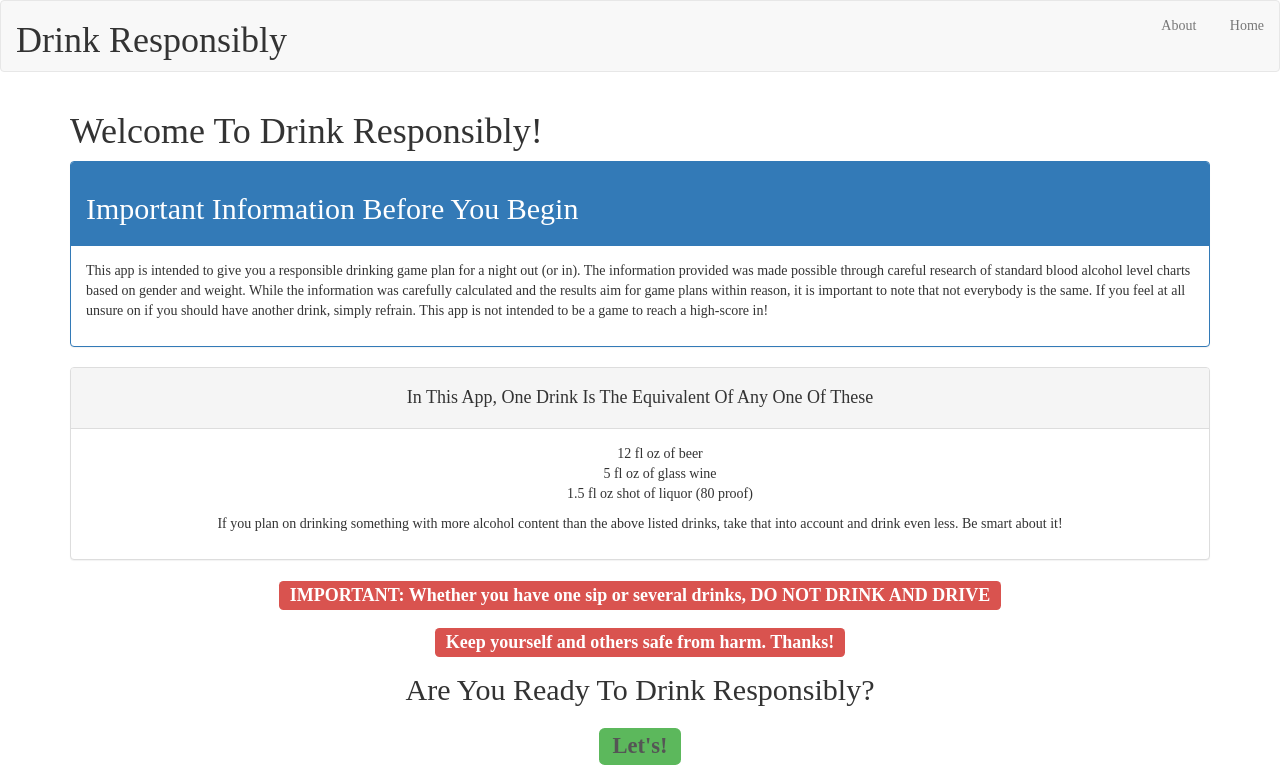
Repository: NatNat180/DrinkResponsibly
Page: http://localhost/DrinkResponsibly/
The author's editor kept a copy of each file at every save. The page is drawn from the files as they stood at one save, then again after the next save.
The browser window is 1280 px wide. The pictures show the whole page.
Some web fonts or font styles are not loaded; a fallback is used. The page is served by Tomcat 9.

Above is the page before, as saved 2016-04-07 16:54:09.

After the next save:
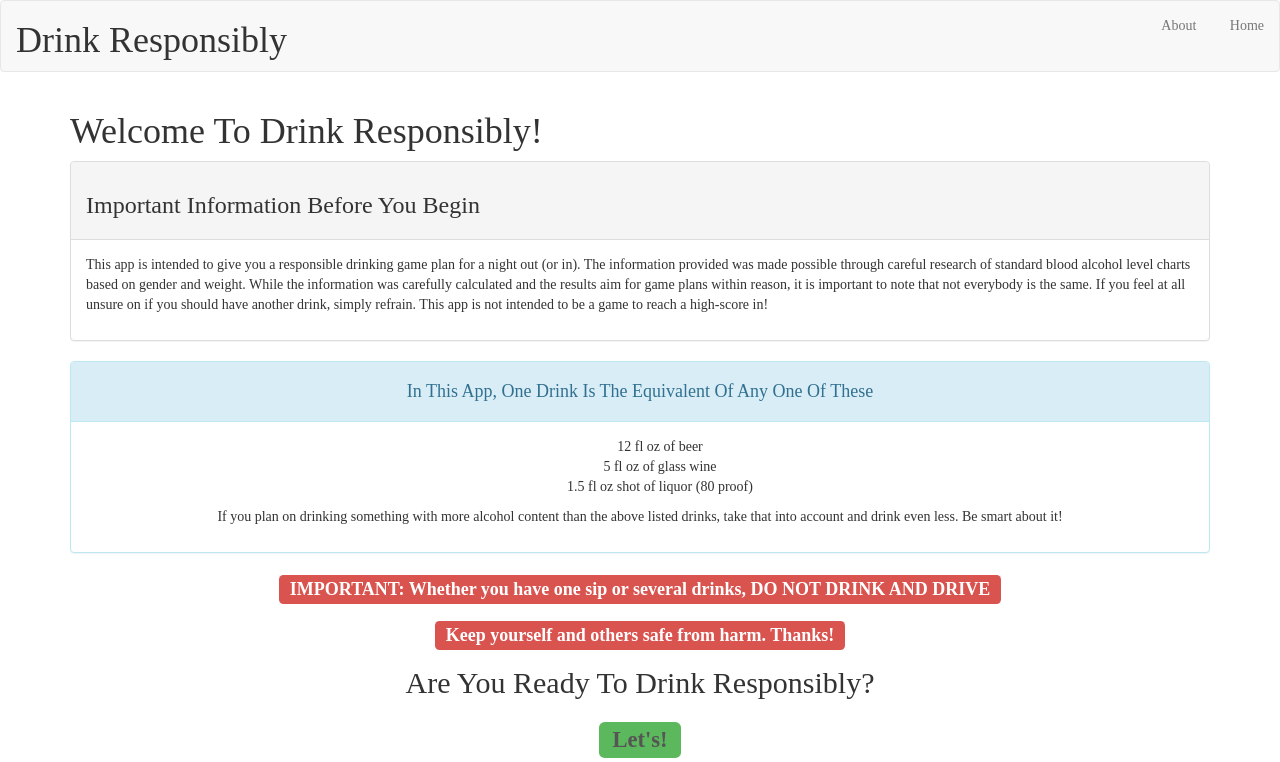
Saved 40 s later.
--- a/DrinkResponsibly/WebContent/WEB-INF/about.jsp
+++ b/DrinkResponsibly/WebContent/WEB-INF/about.jsp
@@ -15,9 +15,9 @@
 
 <h1>Welcome To Drink Responsibly!</h1>
 
-<div class="panel panel-primary">
+<div class="panel panel-default">
 <div class="panel-heading">
-<h2>Important Information Before You Begin</h2>
+<h3>Important Information Before You Begin</h3>
 </div>
 <div class="panel-body">
 	<p>This app is intended to give you a responsible drinking game plan for a night out
@@ -32,7 +32,7 @@
 
 <div class="center-text">
 
-	<div class="panel panel-default">
+	<div class="panel panel-info">
 	<div class="panel-heading">
 	<h4>In This App, One Drink Is The Equivalent Of Any One Of These</h4>
 	</div>
